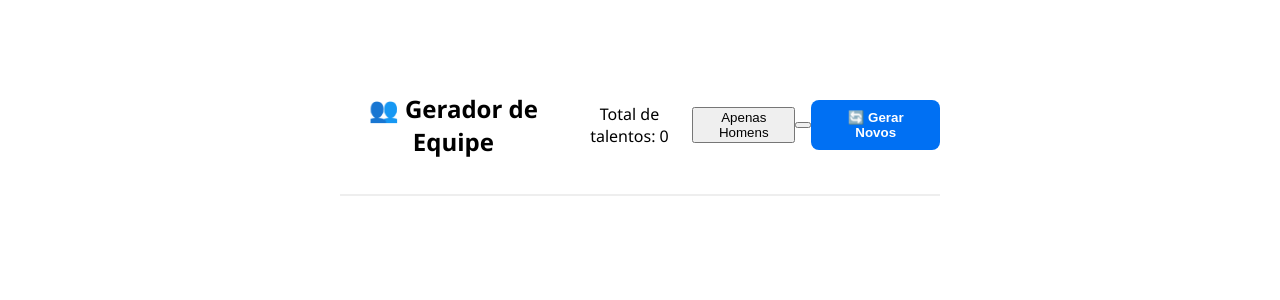
Repository: andrMiotto/Gerador-de-Equipe-Dinamico-React
Page: / (app in vite-project/)
An editor plug-in stored every save of this project. The page is shown before and after the next save, followed by the edit.
The browser window is 1280 px wide. The pictures show the whole page.
The page's requests for data from a server got no answer. The project was rebuilt for these pictures with package versions that can differ from the ones it lists, and the page was loaded fresh each time. No one was signed in, and anything a server would have sent is missing. Also part of the build but not shown: vite-project/vite.config.js.

Above is the page before, as saved 2026-03-24 21:17:27.

After the next save:
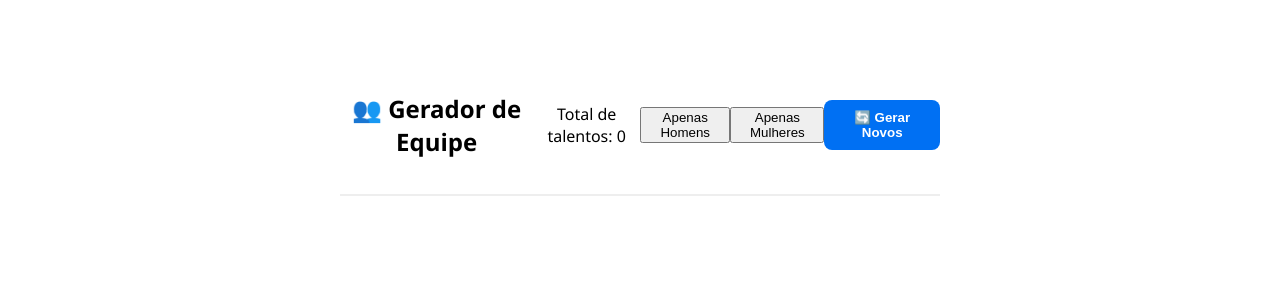
Saved 5 s later.
--- a/vite-project/src/components/UserGenerator.jsx
+++ b/vite-project/src/components/UserGenerator.jsx
@@ -30,7 +30,7 @@ export default function UserGenerator() {
                 <h2>👥 Gerador de Equipe</h2>
                 <span>Total de talentos: {talentos}</span>
                 <button>Apenas Homens</button>
-                <button></button>
+                <button>Apenas Mulheres</button>
                 <button
                     onClick={() => {
                         fetchUsers();
